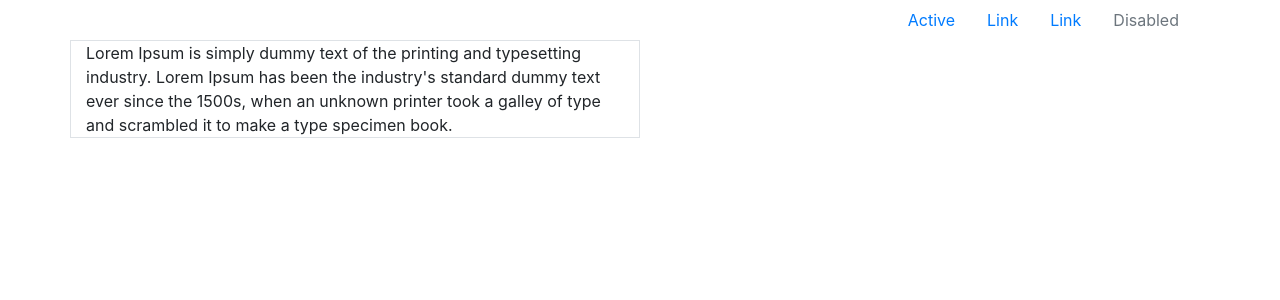
Repository: Green-Technologies-Angular/HTML
Page: index.html
An editor plug-in stored every save of this project. The page is shown before and after the next save, followed by the edit.
The browser window is 1280 px wide. The pictures show the whole page.
Some web libraries are served in a nearby version.

Above is the page before, as saved 2019-01-30 09:58:10.

### index.html
<!DOCTYPE html>
<html>

<head>
    <title>Title of the document</title>
    <link rel="stylesheet" href="https://stackpath.bootstrapcdn.com/bootstrap/4.2.1/css/bootstrap.min.css" integrity="sha384-GJzZqFGwb1QTTN6wy59ffF1BuGJpLSa9DkKMp0DgiMDm4iYMj70gZWKYbI706tWS"
        crossorigin="anonymous">
    <style>
        .border{
            border: 1px solid #ccc;
        }
    </style>
</head>

<body>
    <div class="container">
        <ul class="nav justify-content-end">
            <li class="nav-item">
                <a class="nav-link active" href="#">Active</a>
            </li>
            <li class="nav-item">
                <a class="nav-link" href="#">Link</a>
            </li>
            <li class="nav-item">
                <a class="nav-link" href="#">Link</a>
            </li>
            <li class="nav-item">
                <a class="nav-link disabled" href="#" tabindex="-1" aria-disabled="true">Disabled</a>
            </li>
        </ul>
        <div class="row">
            <div class="col-xl-6 border">
                    Lorem Ipsum is simply dummy text of the printing and typesetting industry. Lorem Ipsum has been the industry's standard dummy text ever since the 1500s, when an unknown printer took a galley of type and scrambled it to make a type specimen book.
            </div>
        </div>
    </div>
    <script src="https://code.jquery.com/jquery-3.3.1.slim.min.js" integrity="sha384-q8i/X+965DzO0rT7abK41JStQIAqVgRVzpbzo5smXKp4YfRvH+8abtTE1Pi6jizo"
        crossorigin="anonymous"></script>
    <script src="https://cdnjs.cloudflare.com/ajax/libs/popper.js/1.14.6/umd/popper.min.js" integrity="sha384-wHAiFfRlMFy6i5SRaxvfOCifBUQy1xHdJ/yoi7FRNXMRBu5WHdZYu1hA6ZOblgut"
        crossorigin="anonymous"></script>
    <script src="https://stackpath.bootstrapcdn.com/bootstrap/4.2.1/js/bootstrap.min.js" integrity="sha384-B0UglyR+jN6CkvvICOB2joaf5I4l3gm9GU6Hc1og6Ls7i6U/mkkaduKaBhlAXv9k"
        crossorigin="anonymous"></script>
</body>

</html>

After the next save:
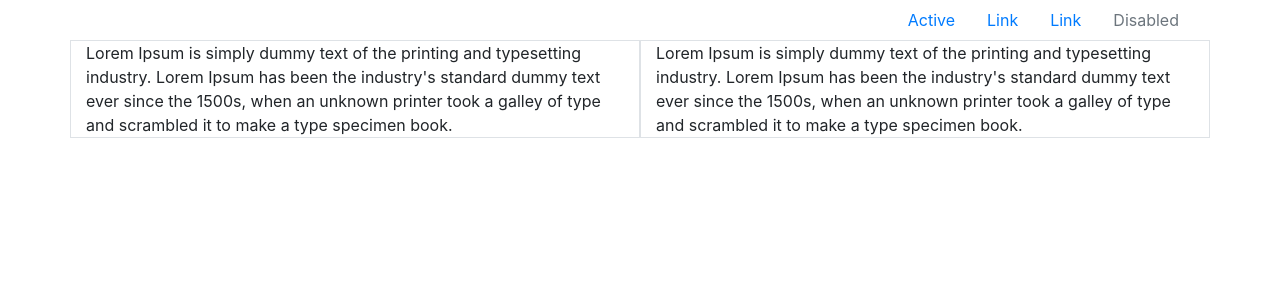
Saved 6 s later.
--- a/index.html
+++ b/index.html
@@ -32,6 +32,9 @@
             <div class="col-xl-6 border">
                     Lorem Ipsum is simply dummy text of the printing and typesetting industry. Lorem Ipsum has been the industry's standard dummy text ever since the 1500s, when an unknown printer took a galley of type and scrambled it to make a type specimen book.
             </div>
+            <div class="col-xl-6 border">
+                    Lorem Ipsum is simply dummy text of the printing and typesetting industry. Lorem Ipsum has been the industry's standard dummy text ever since the 1500s, when an unknown printer took a galley of type and scrambled it to make a type specimen book.
+            </div>
         </div>
     </div>
     <script src="https://code.jquery.com/jquery-3.3.1.slim.min.js" integrity="sha384-q8i/X+965DzO0rT7abK41JStQIAqVgRVzpbzo5smXKp4YfRvH+8abtTE1Pi6jizo"
